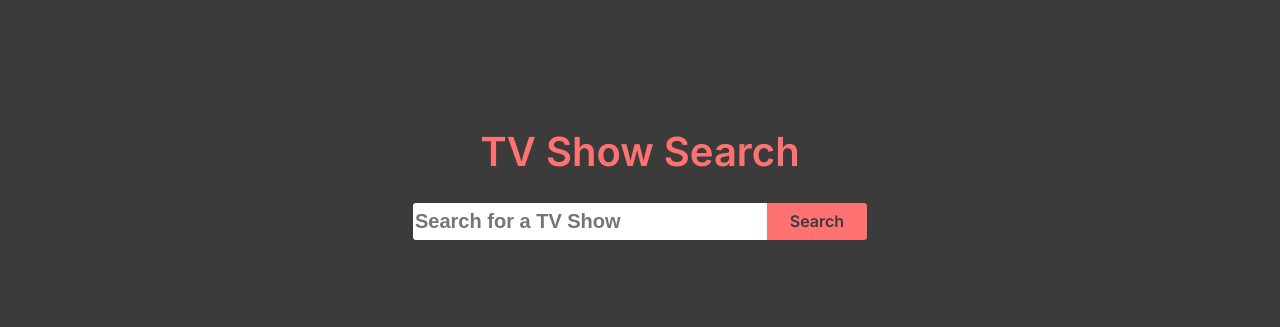
Repository: shayanabedi98/tv-search-react
Page: /
An editor plug-in stored every save of this project. The page is shown before and after the next save, followed by the edit.
The browser window is 1280 px wide. The pictures show the whole page.
The project was rebuilt for these pictures with package versions that can differ from the ones it lists, and the page was loaded fresh each time. Also part of the build but not shown: vite.config.js.

Above is the page before, as saved 2024-01-09 14:40:13.

### index.html
<!doctype html>
<html lang="en">
  <head>
    <meta charset="UTF-8" />
    <link rel="icon" type="image/svg+xml" href="https://www.svgrepo.com/show/503669/tv.svg" />
    <meta name="viewport" content="width=device-width, initial-scale=1.0" />
    <title>TV Show Search | React</title>
  </head>
  <body>
    <div id="root"></div>
    <script type="module" src="/src/main.jsx"></script>
  </body>
</html>

### src/App.jsx
import { useState } from "react";
import { v4 as uuid } from "uuid";
import List from "./List";
import Search from "./Search";

function App() {
  const [input, setInput] = useState();
  const [showList, setShowList] = useState([]);

  const fetchShow = async () => {
    try {
      if (input) {
        const response = await fetch(
          `https://api.tvmaze.com/search/shows?q=${input}`
        );
        const responseJson = await response.json();
        let newList = [];
        for (let i = 0; i < responseJson.length; i++) {
          if (responseJson[i].show.image) {
            newList.push({
              id: uuid(),
              name: responseJson[i].show.name,
              img: responseJson[i].show.image.medium,
              language: responseJson[i].show.language,
              rating: responseJson[i].show.rating.average,
            });
          }
        }
        setShowList(newList);
        console.log(responseJson);
      }
    } catch (err) {
      console.log(err);
    }
  };

  const handleChange = (e) => {
    setInput(e.target.value);
  };

  return (
    <div>
      <Search fetchShow={fetchShow} input={input} handleChange={handleChange} />
      <List showList={showList} />
    </div>
  );
}

export default App;

### src/index.css
@import url('https://fonts.googleapis.com/css2?family=Inter:wght@600&display=swap');

body {
  font-family: 'Inter', sans-serif;
  margin: 0;
  padding: 0;
  background-color: rgb(59, 59, 59);
  color: rgb(223, 223, 223);
}

.search {
  margin: 100px auto 100px auto;
  text-align: center;
  width: 950px;
  display: grid;
  place-items: center;
}

.search-bar {
  display: flex;
  place-items: center;
}

.search h1 {
  font-size: 40px;
  color: rgb(255, 114, 114);
}

.search input {
  border: none;
  height: 35px;
  width: 350px;
  font-size: 20px;
  outline: none;
  color: rgb(104, 104, 104);
  font-weight: 700;
  border-radius: 3px 0 0 3px;
}

.search input:focus {
  outline: 2px grey solid;
}

.search input:focus + button {
  outline: 2px grey solid;
}

.search button {
  height: 37px;
  padding: 1px 2px;
  width: 100px;
  font-family: 'Inter', sans-serif;
  border: none;
  background-color: rgb(255, 114, 114);
  color: rgb(59, 59, 59);;
  font-size: 16px;
  border-radius: 0 3px 3px 0;
  cursor: pointer;
}

.list {
  width: 1100px;
  margin: 100px auto;
  display: grid;
  place-items: center;
  grid-template-columns: repeat(3, 1fr);
}

.card {
  background-color: rgb(29, 29, 29);
  width: 270px;
  display: grid;
  place-items: center;
  margin: 50px auto;
  border-radius: 5px;
  box-shadow: rgba(0, 0, 0, 0.3) 0px 2px 8px 0px;
  cursor: pointer;
  transition: 0.5s;
}

.card:hover {
  transform: scale(1.05);
}

### src/List.jsx
import React from "react";

const List = ({ showList }) => {
  return (
    <div className="list-container">
      <div className="list">
        {showList.length > 0 &&
          showList.map((show) => {
            return (
              <div className="card" key={show.id}>
                <h2>{show.name}</h2>
                <img src={show.img} alt={`cover photo of ${show.name}`} />
                <p>
                  <span>Language: </span>
                  {show.language}
                </p>
                <p>
                  {show.rating ? `Rating: ${show.rating}⭐` : "Rating: N/A"}
                </p>
              </div>
            );
          })}
      </div>
    </div>
  );
};

export default List;

### src/Search.jsx
import React from "react";

const Search = ({ fetchShow, input, handleChange }) => {
  return (
    <div className="search">
        <h1>TV Show Search</h1>
      <div className="search-bar">
        <input
          type="text"
          onKeyDown={(e) => e.key === "Enter" && fetchShow()}
          onChange={handleChange}
          value={input}
          placeholder="Search for a TV Show"
        />
        <button onClick={fetchShow}>Search</button>
      </div>
    </div>
  );
};

export default Search;

Loaded but not shown: src/main.jsx (common file)

After the next save:
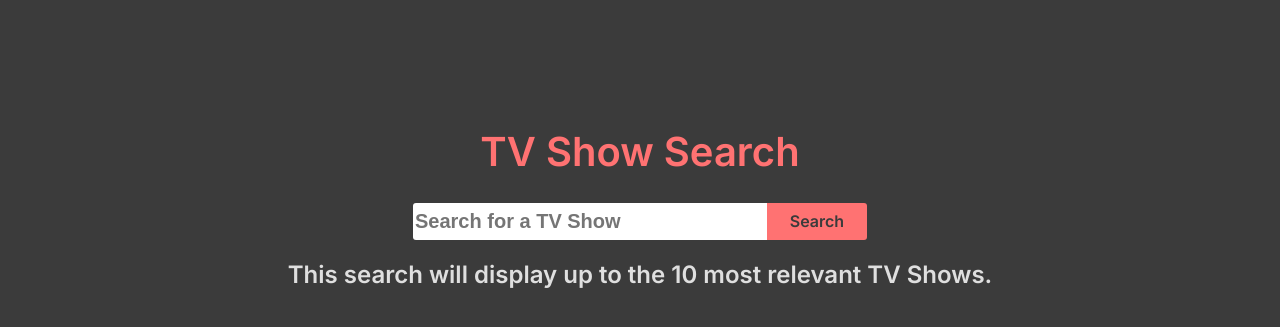
Saved 62 s later.
--- a/src/Search.jsx
+++ b/src/Search.jsx
@@ -14,6 +14,7 @@ const Search = ({ fetchShow, input, handleChange }) => {
         />
         <button onClick={fetchShow}>Search</button>
       </div>
+      <h2>This search will display up to the 10 most relevant TV Shows.</h2>
     </div>
   );
 };
